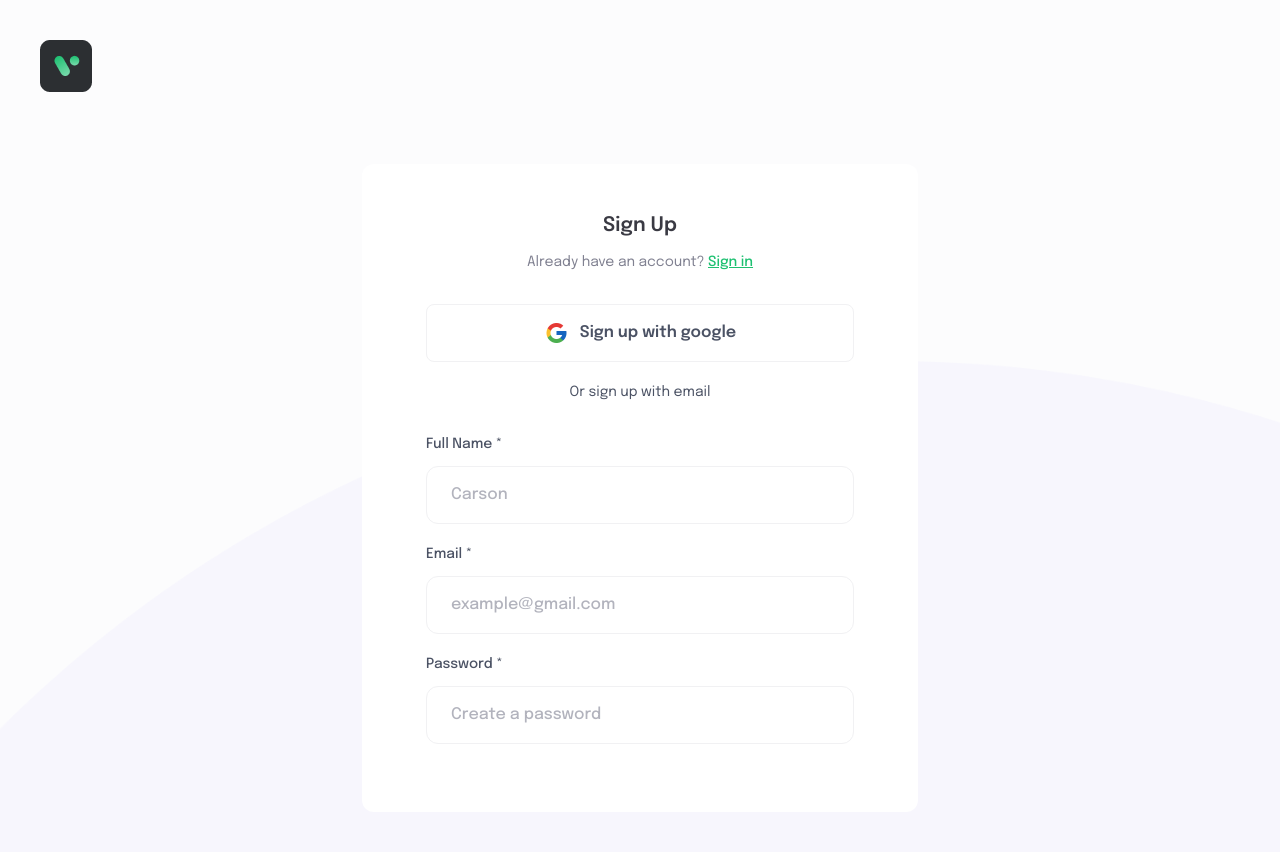
Repository: CarsonDev1/Crowfunding
Page: /sign-up
These files come from the project's save history. The page is drawn as it stood at one moment and after the next save; the edit follows.
The browser window is 1280 px wide. The pictures show the whole page.
The project was rebuilt for these pictures with package versions that can differ from the ones it lists, and the page was loaded fresh each time. Also part of the build but not shown: src/components/common/ErrorComponent.jsx, src/pages/SignIn.jsx.

Above is the page before, as saved 2023-04-07 11:22:10.

After the next save:
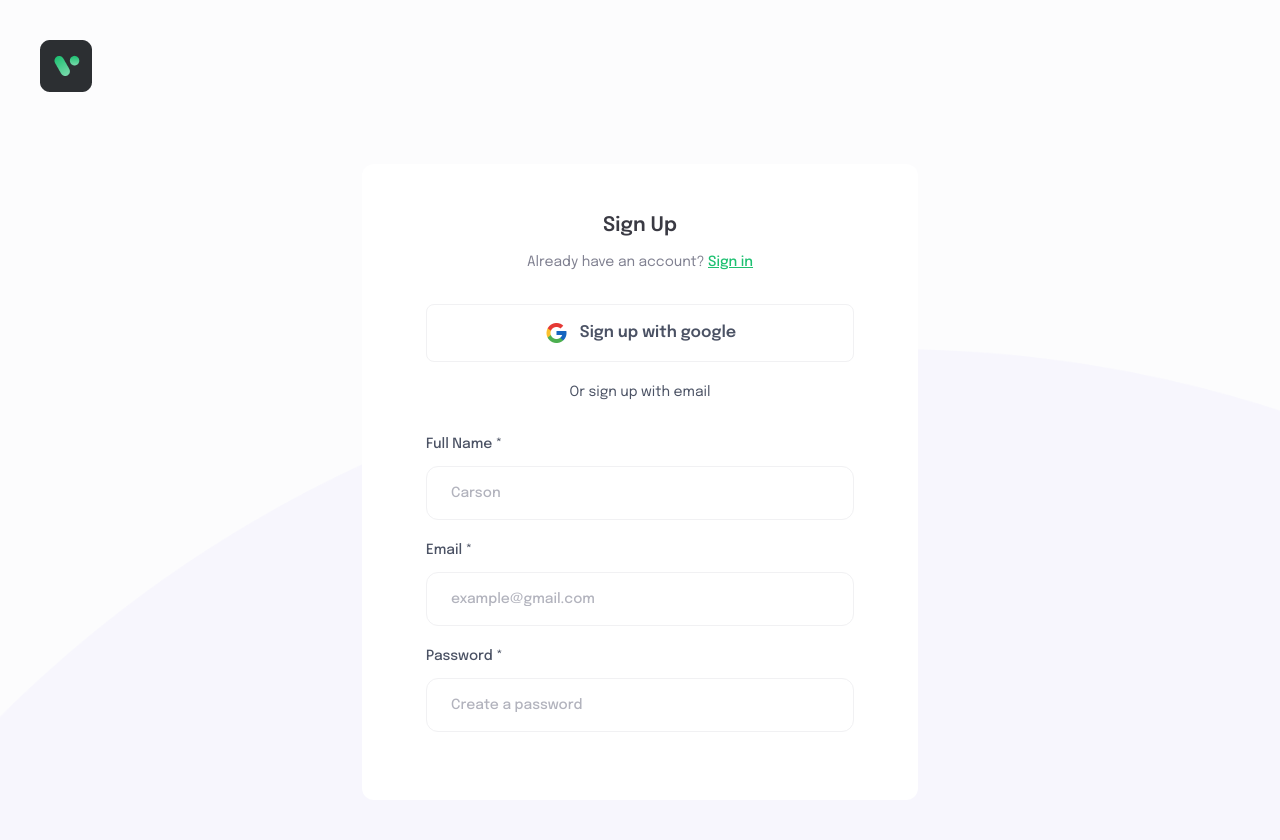
Saved 56 s later.
--- a/src/components/input/Input.jsx
+++ b/src/components/input/Input.jsx
@@ -14,7 +14,7 @@ function Input(props) {
 			<input
 				id={name}
 				type={type}
-				className="w-full px-6 py-4 font-medium border rounded-xl border-strock text-text1 placeholder:text-text4"
+				className="w-full px-6 py-4 text-sm font-medium border rounded-xl border-strock text-text1 placeholder:text-text4"
 				{...rest}
 				{...field}
 			/>
